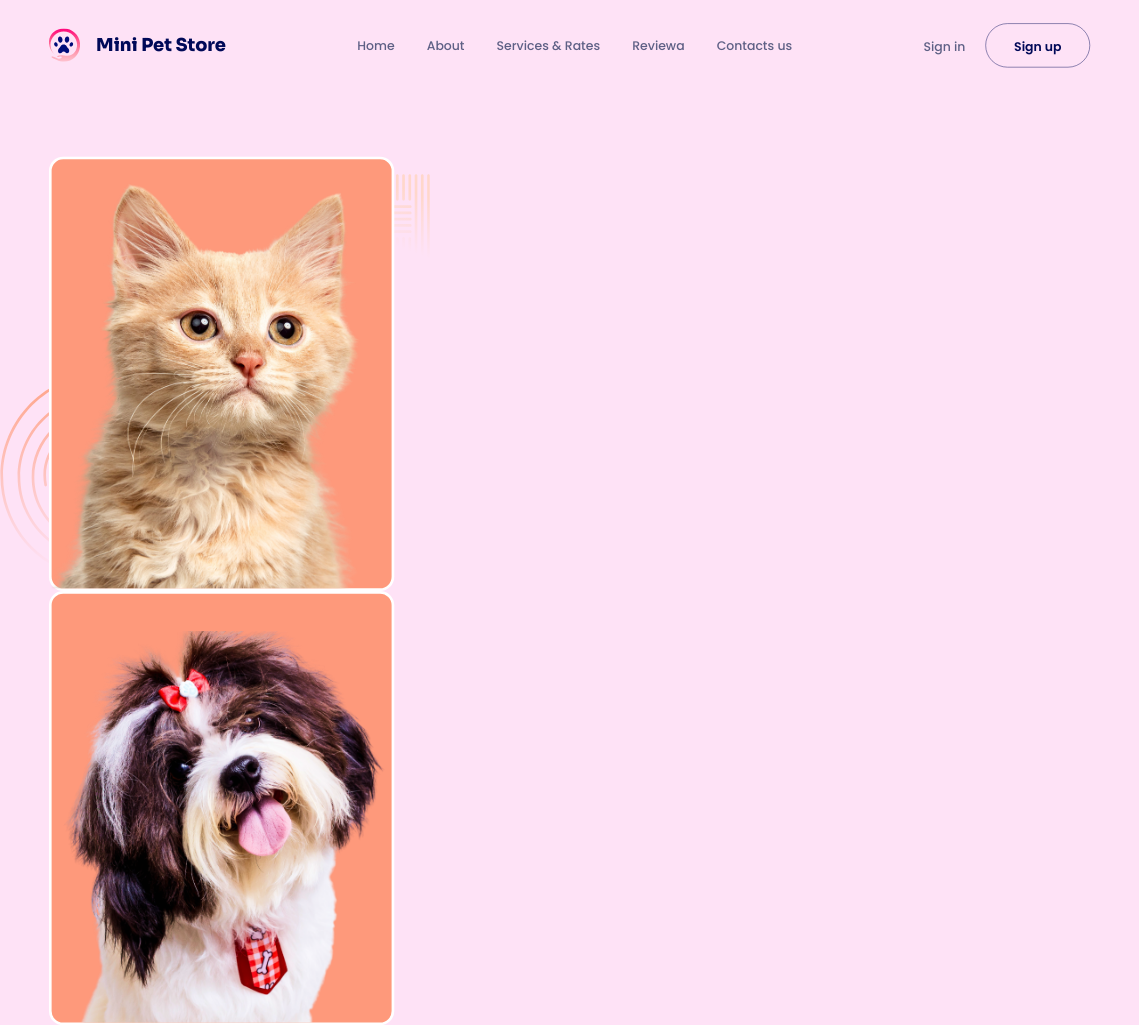
Repository: Tran-Dat/ASM-HTML5-F8-04
Page: index.html
These files come from the project's save history. The page is drawn as it stood at one moment and after the next save; the edit follows.
The browser window is 1280 px wide. The pictures show the whole page, at 89% of full size.

Above is the page before, as saved 2023-06-12 16:05:37.

After the next save:
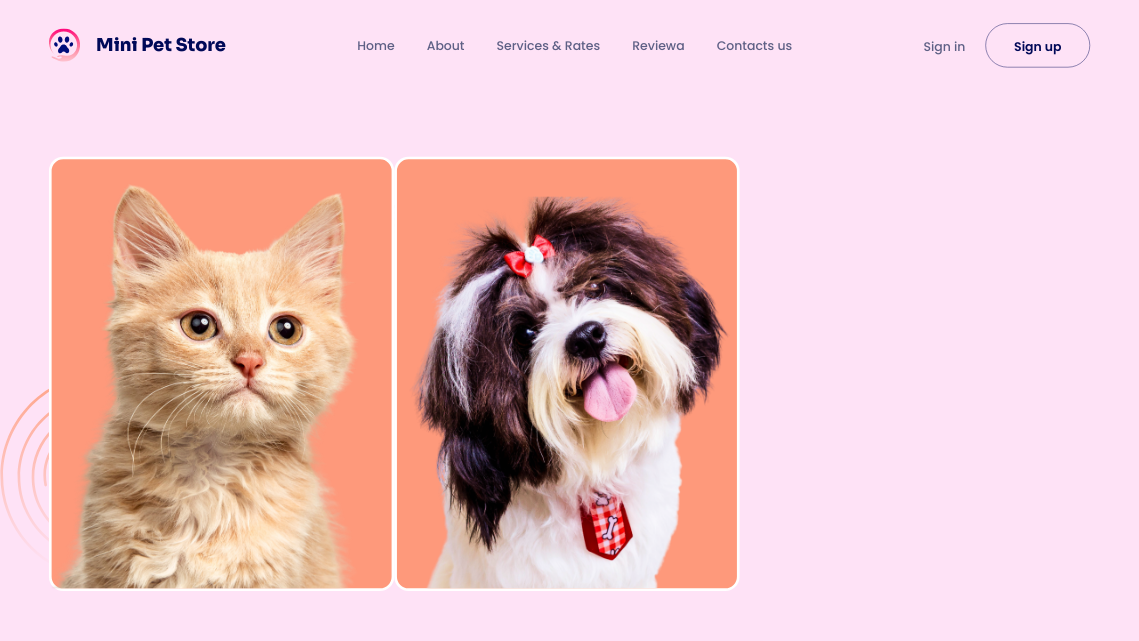
Saved 40 s later.
--- a/assets/css/styles.css
+++ b/assets/css/styles.css
@@ -121,6 +121,10 @@
     justify-content: space-between;
 }
 
+.hero__media {
+    display: flex;
+}
+
 .hero__img-wrap {
     position: relative;
     display: flex;
